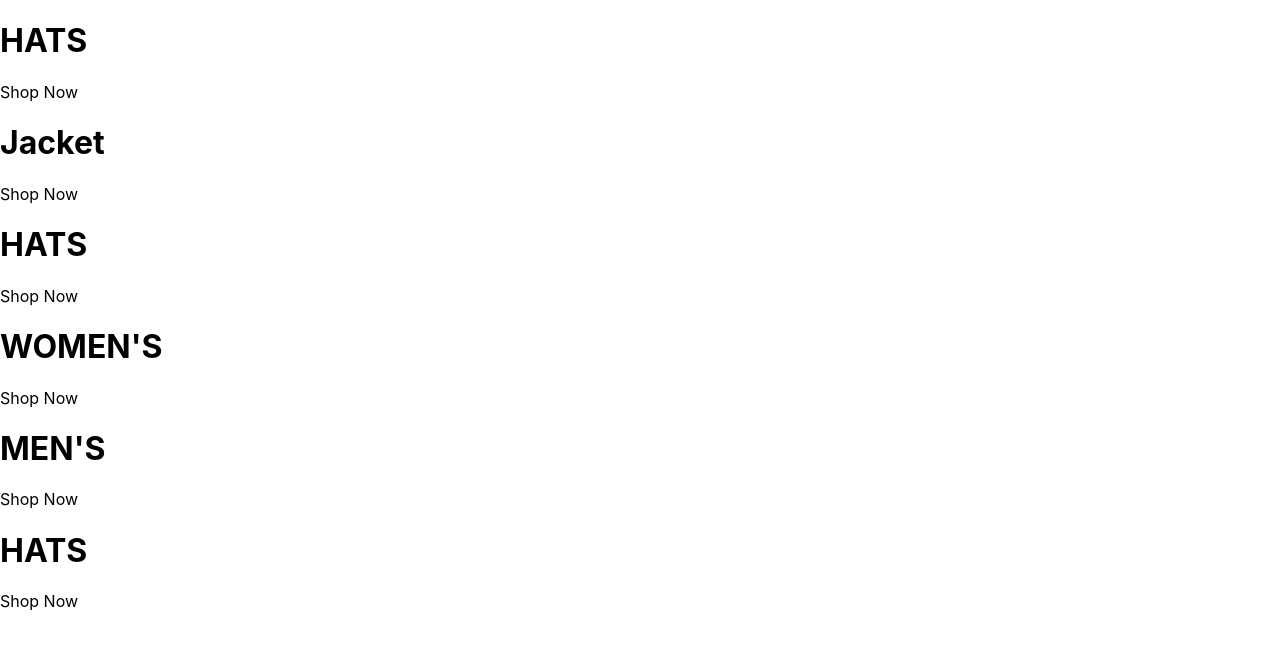
Repository: MikeTroianello/commerce-store
Page: /signin
An editor plug-in stored every save of this project. The page is shown before and after the next save, followed by the edit.
The browser window is 1280 px wide. The pictures show the whole page.
The project was rebuilt for these pictures with package versions that can differ from the ones it lists, and the page was loaded fresh each time. Also part of the build but not shown: src/App.css.

Above is the page before, as saved 2019-09-07 09:22:23.

### src/App.js
import React from 'react';

import Homepage from './homepage.component';

import './App.css';

function App() {
  return (
    <div>
      <Homepage />
    </div>
  );
}

export default App;

### src/homepage.component.js
import React from 'react';

export default function Homepage() {
  return (
    <div className='homepage'>
      <div className='directory-menu'>
        <div className='menu-item'>
          <div className='content'>
            <h1 className='title'>HATS</h1>
            <span className='subtitle'>Shop Now</span>
          </div>
        </div>
      </div>
      <div className='directory-menu'>
        <div className='menu-item'>
          <div className='content'>
            <h1 className='title'>Jacket</h1>
            <span className='subtitle'>Shop Now</span>
          </div>
        </div>
      </div>
      <div className='directory-menu'>
        <div className='menu-item'>
          <div className='content'>
            <h1 className='title'>HATS</h1>
            <span className='subtitle'>Shop Now</span>
          </div>
        </div>
      </div>
      <div className='directory-menu'>
        <div className='menu-item'>
          <div className='content'>
            <h1 className='title'>WOMEN'S</h1>
            <span className='subtitle'>Shop Now</span>
          </div>
        </div>
      </div>
      <div className='directory-menu'>
        <div className='menu-item'>
          <div className='content'>
            <h1 className='title'>MEN'S</h1>
            <span className='subtitle'>Shop Now</span>
          </div>
        </div>
      </div>
      <div className='directory-menu'>
        <div className='menu-item'>
          <div className='content'>
            <h1 className='title'>HATS</h1>
            <span className='subtitle'>Shop Now</span>
          </div>
        </div>
      </div>
    </div>
  );
}

Loaded but not shown: public/index.html (common file); src/index.js (common file); src/index.css (common file)

After the next save:
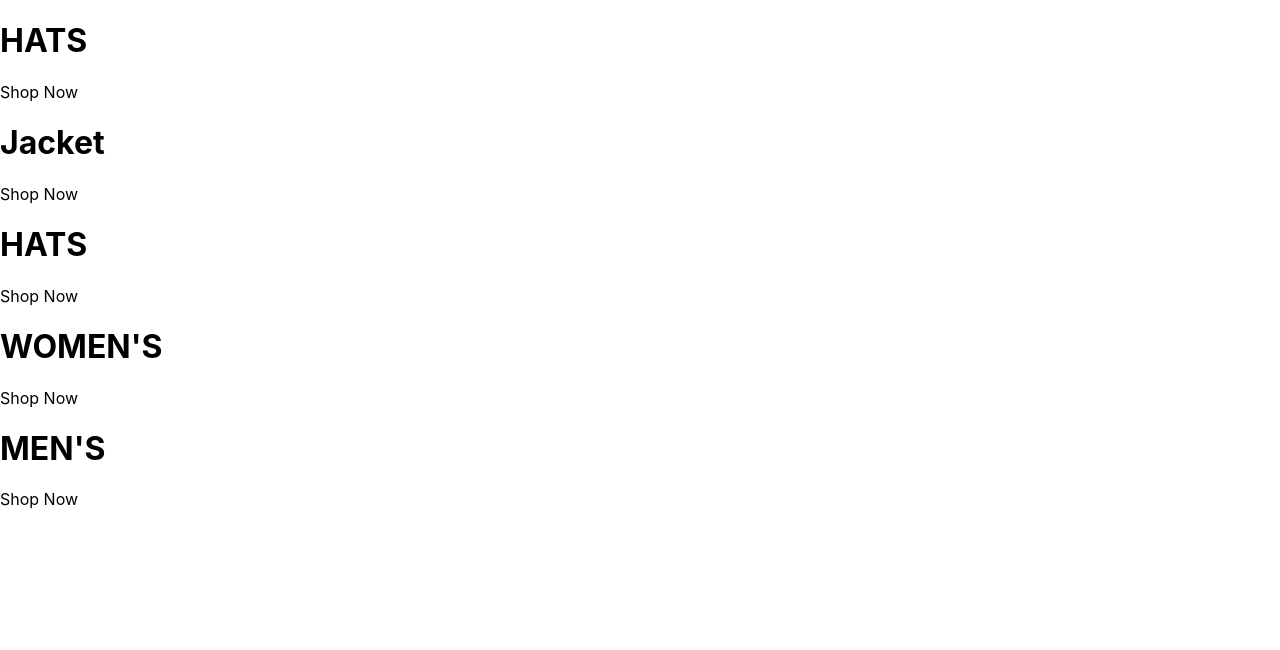
Saved 3 min 46 s later.
--- a/src/homepage.component.js
+++ b/src/homepage.component.js
@@ -43,14 +43,6 @@ export default function Homepage() {
           </div>
         </div>
       </div>
-      <div className='directory-menu'>
-        <div className='menu-item'>
-          <div className='content'>
-            <h1 className='title'>HATS</h1>
-            <span className='subtitle'>Shop Now</span>
-          </div>
-        </div>
-      </div>
     </div>
   );
 }
